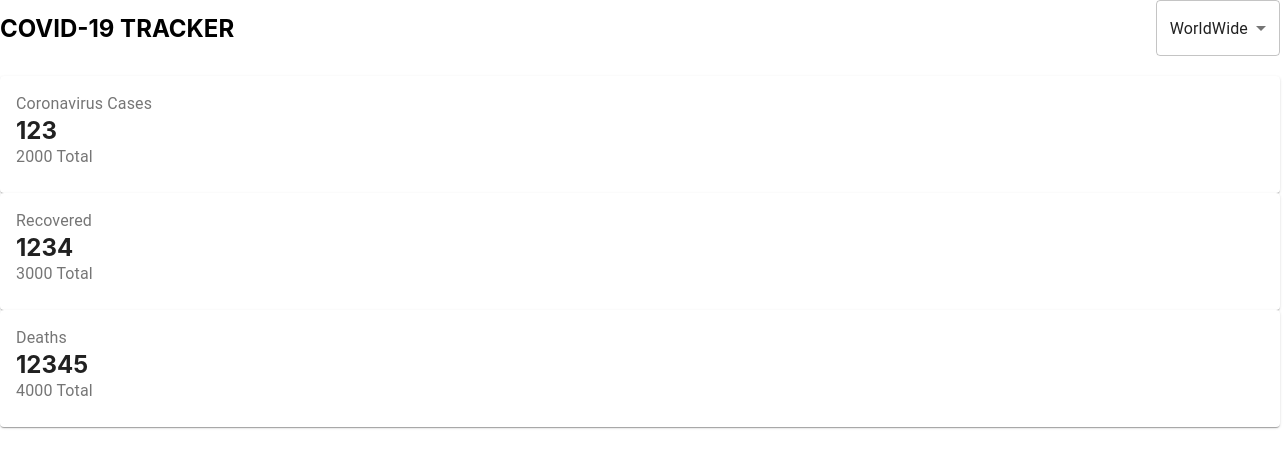
Repository: exiled-kal/2OnProcess
Page: /
An editor plug-in stored every save of this project. The page is shown before and after a run of saves, followed by the edit.
The browser window is 1280 px wide. The page is 1288 px wide, so the pictures cover 1288 px, including what lies to the right of the window. The pictures show the whole page.
The page's requests for data from a server got no answer. The project was rebuilt for these pictures with package versions that can differ from the ones it lists, and the page was loaded fresh each time. No one was signed in, and anything a server would have sent is missing.

Above is the page before, as saved 2020-08-17 15:48:18.

After the next 2 saves:
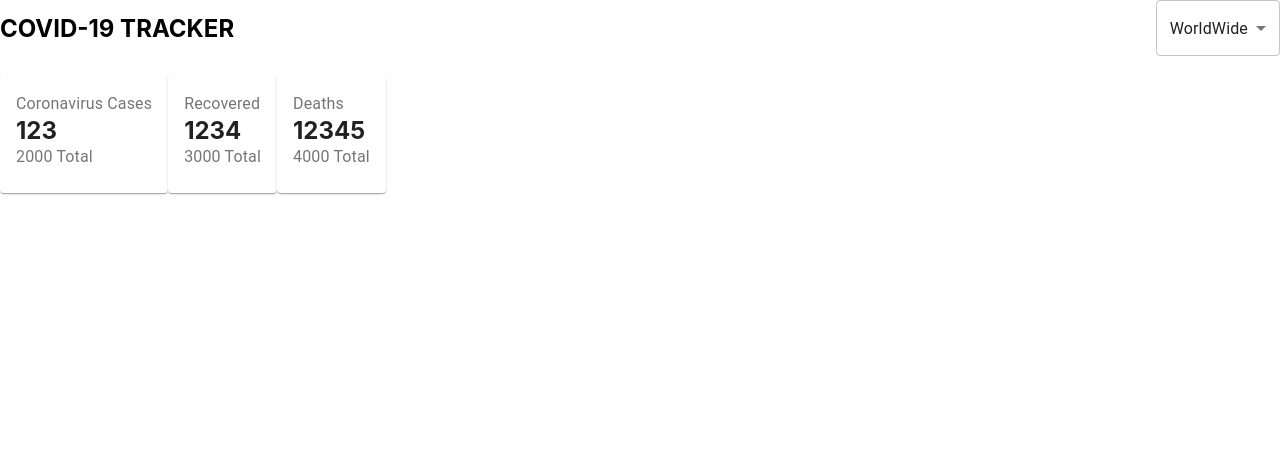
The 2 saves are shown as one change because they came seconds apart.
The last was saved 6 s later.
--- a/src/App.css
+++ b/src/App.css
@@ -10,4 +10,6 @@
 
 }
 
-.app__stat
+.app__stats {
+  display: flex;
+}
